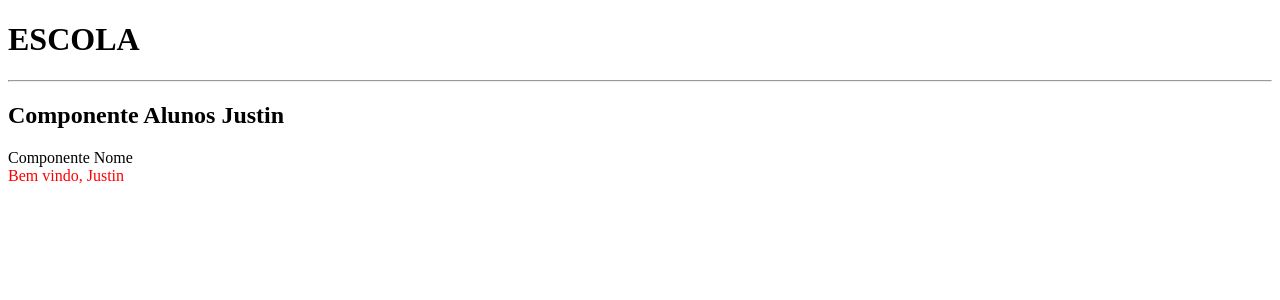
Repository: joaoaspimienta/estudos-de-context-api
Page: /
The author's editor kept a copy of each file at every save. The page is drawn from the files as they stood at one save, then again after the next save.
The browser window is 1280 px wide. The pictures show the whole page.
The project was rebuilt for these pictures with package versions that can differ from the ones it lists, and the page was loaded fresh each time.

Above is the page before, as saved 2022-06-16 20:50:44.

### src/App.js
import { useState } from "react";
import Alunos from "./components/Alunos";

function App() {
  const [aluno, setAluno] = useState("Justin");

  return (
    <div>
      <h1>ESCOLA</h1>
      <hr />
      <Alunos aluno={aluno} />
    </div>
  );
}

export default App;

### src/components/Alunos/index.js
import Nome from "../Nome";

function Alunos(props) {
  return (
    <div>
      <h2>Componente Alunos {props.aluno}</h2>
      <Nome aluno={props.aluno} />
    </div>
  );
}

export default Alunos;

### src/components/Nome/index.js
function Nome(props) {
  return (
    <div>
      <span>Componente Nome</span> <br />
      <span style={{ color: "#FF0000" }}>Bem vindo, {props.aluno}</span>
    </div>
  );
}

export default Nome;

Loaded but not shown: public/index.html (common file); src/index.js (common file)

After the next save:
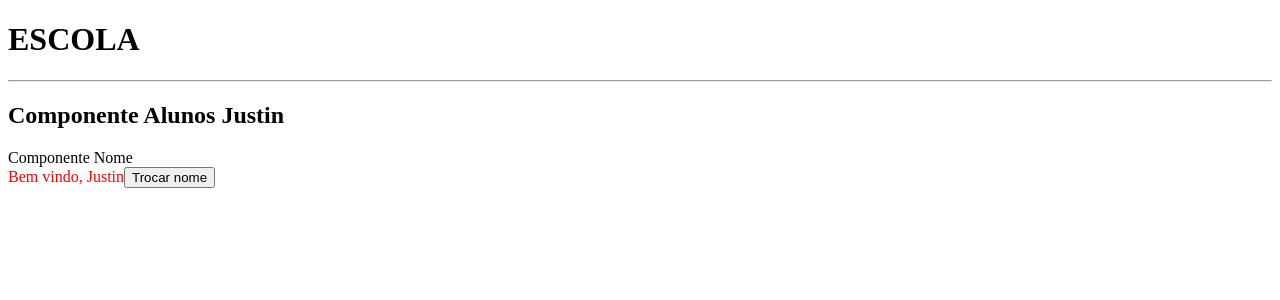
Saved 110 s later.
--- a/src/components/Nome/index.js
+++ b/src/components/Nome/index.js
@@ -3,6 +3,7 @@ function Nome(props) {
     <div>
       <span>Componente Nome</span> <br />
       <span style={{ color: "#FF0000" }}>Bem vindo, {props.aluno}</span>
+      <button onClick={() => {}}>Trocar nome</button>
     </div>
   );
 }
